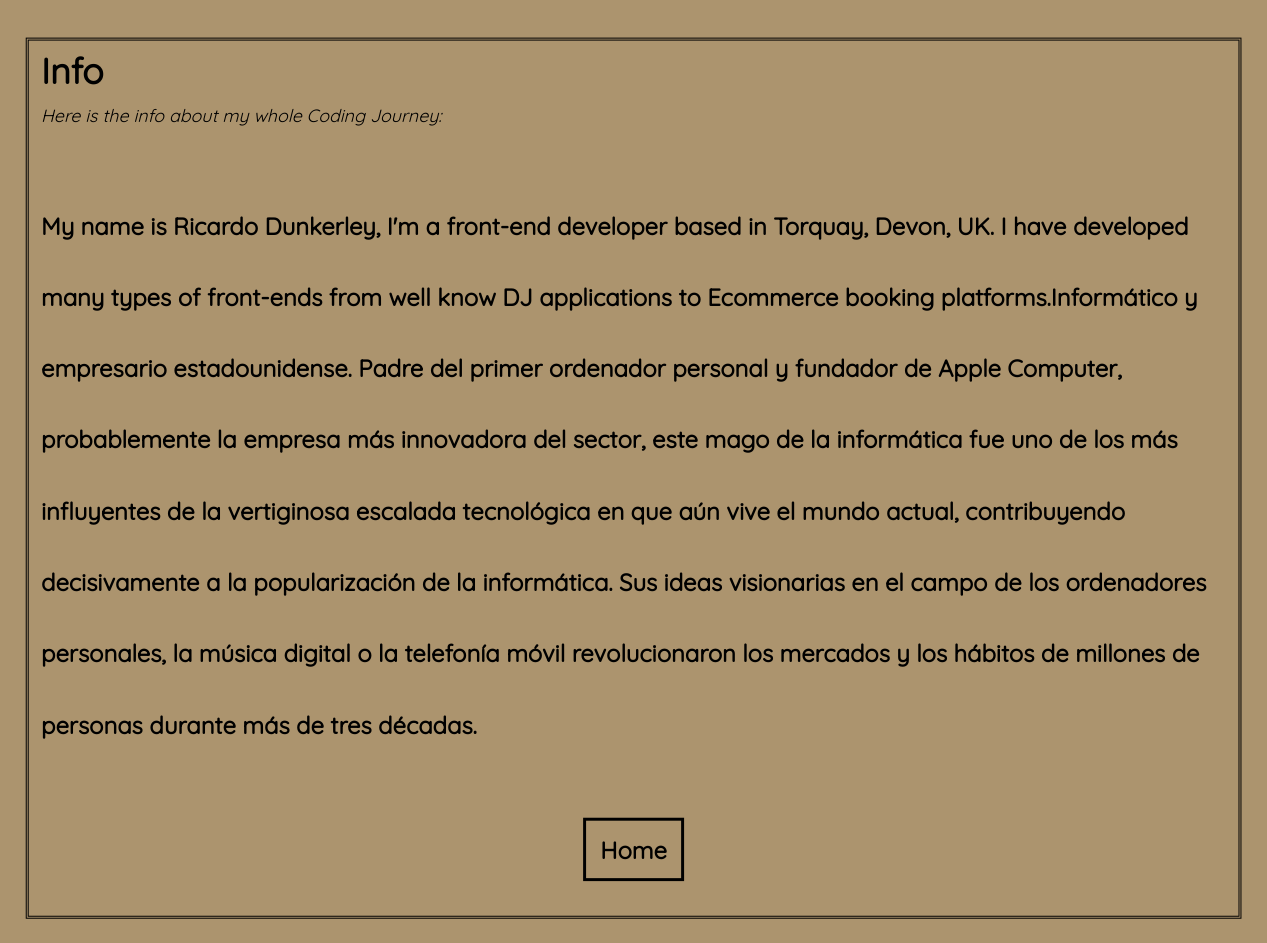
Repository: rickypcyt/ricky-react-portfolio
Page: /Info
An editor plug-in stored every save of this project. The page is shown before and after the next save, followed by the edit.
The browser window is 1280 px wide. The pictures show the whole page, at 99% of full size.
The project was rebuilt for these pictures with package versions that can differ from the ones it lists, and the page was loaded fresh each time. Also part of the build but not shown: src/Content.js, src/pages/Projects.js, src/pages/Contact.js, src/pages/WebMural.js, src/pages/NotesJS.js.

Above is the page before, as saved 2022-09-12 18:20:03.

After the next save:
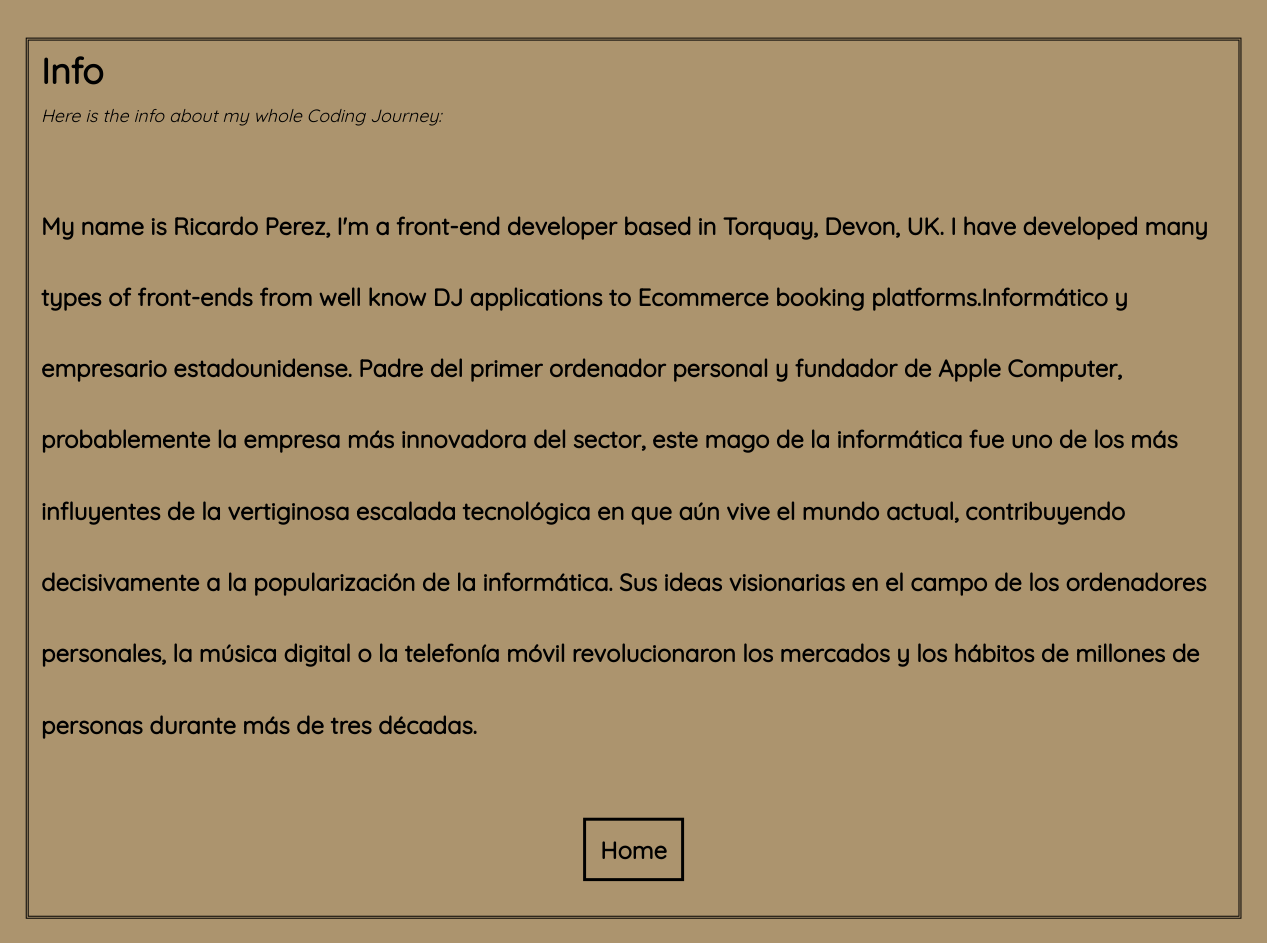
Saved 4 s later.
--- a/src/pages/Info.js
+++ b/src/pages/Info.js
@@ -13,7 +13,7 @@ export default function Info() {
           <section className="page" style={{ display: "block", opacity: 1 }}>
             <div className="homeinfo">
               <p>
-                My name is Ricardo Dunkerley, I'm a front-end developer based in
+                My name is Ricardo Perez, I'm a front-end developer based in
                 Torquay, Devon, UK. I have developed many types of front-ends
                 from well know DJ applications to Ecommerce booking
                 platforms.Informático y empresario estadounidense. Padre del
